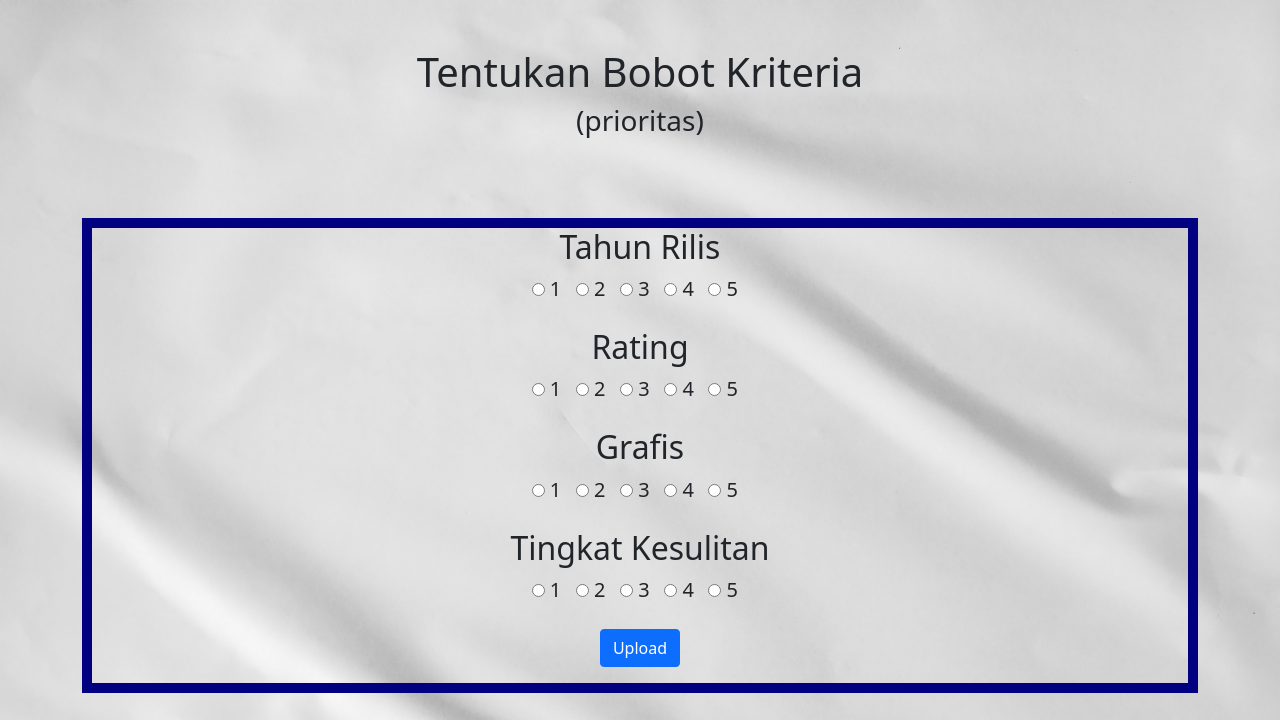
Repository: aqordeon/SPKWP
Page: http://localhost/hitungKriteria.php
An editor plug-in stored every save of this project. The page is shown before and after the next save, followed by the edit.
The browser window is 1280 px wide. The pictures show the whole page.
The page is run by PHP 8.4 with error messages shown; the project is at /var/www/html/. Queries for data that is not in the repository find no rows.

Above is the page before, as saved 2021-01-13 23:42:40.

After the next save:
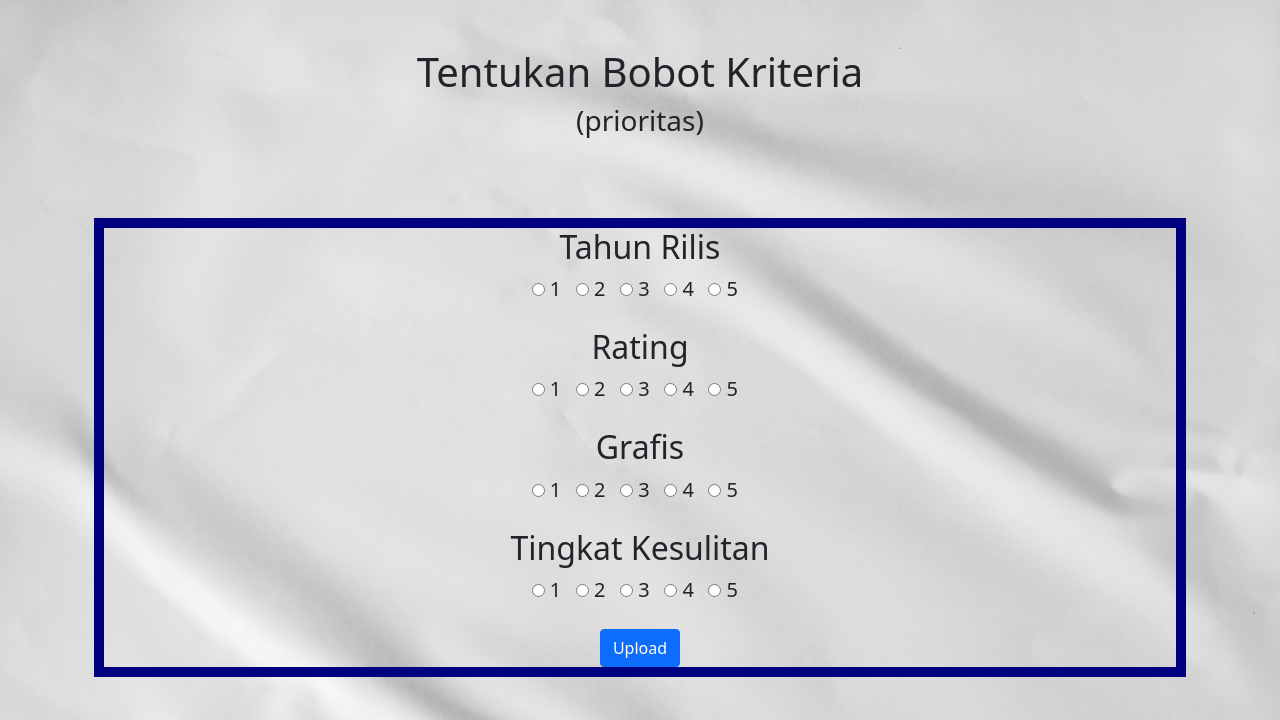
Saved 28 s later.
--- a/hitungKriteria.php
+++ b/hitungKriteria.php
@@ -33,8 +33,8 @@
             ?>
 
             <!-- FORM -->
-            <div class="container" style="border: 10px solid navy;">
-                <form method="post" action="" enctype='multipart/form-data'>
+            <div class="container" >
+                <form method="post" action="" enctype='multipart/form-data' style="border: 10px solid navy;">
                     <h2 style="">Tahun Rilis</h2>
                     <input type="radio" id="optradio_tahunrilis1" name="radio_tahunrilis" value="1" required="required"><label for="optradio_tahunrilis1">&nbsp;1&nbsp;&nbsp;</label>
                     <input type="radio" id="optradio_tahunrilis2" name="radio_tahunrilis" value="2"><label for="optradio_tahunrilis2">&nbsp;2&nbsp;&nbsp;</label>

After the save that followed:
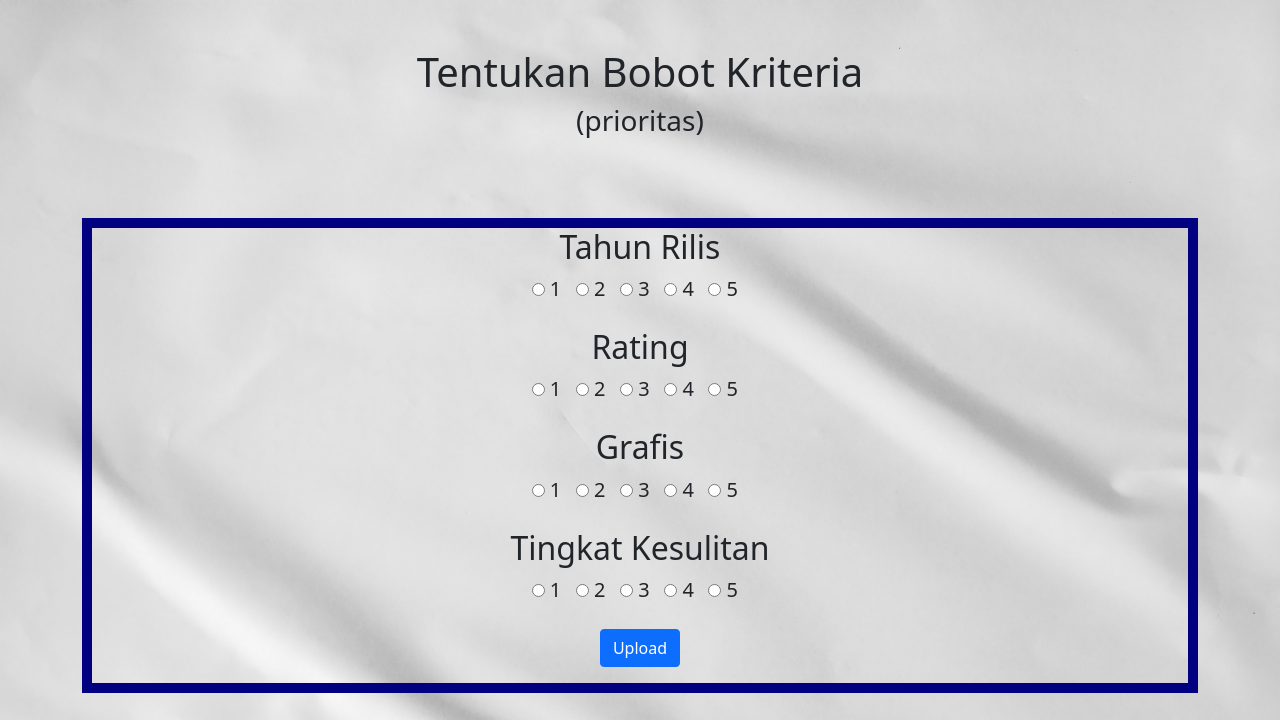
Saved 7 s later.
--- a/hitungKriteria.php
+++ b/hitungKriteria.php
@@ -33,8 +33,8 @@
             ?>
 
             <!-- FORM -->
-            <div class="container" >
-                <form method="post" action="" enctype='multipart/form-data' style="border: 10px solid navy;">
+            <div class="container" style="border: 10px solid navy;">
+                <form method="post" action="" enctype='multipart/form-data'>
                     <h2 style="">Tahun Rilis</h2>
                     <input type="radio" id="optradio_tahunrilis1" name="radio_tahunrilis" value="1" required="required"><label for="optradio_tahunrilis1">&nbsp;1&nbsp;&nbsp;</label>
                     <input type="radio" id="optradio_tahunrilis2" name="radio_tahunrilis" value="2"><label for="optradio_tahunrilis2">&nbsp;2&nbsp;&nbsp;</label>
